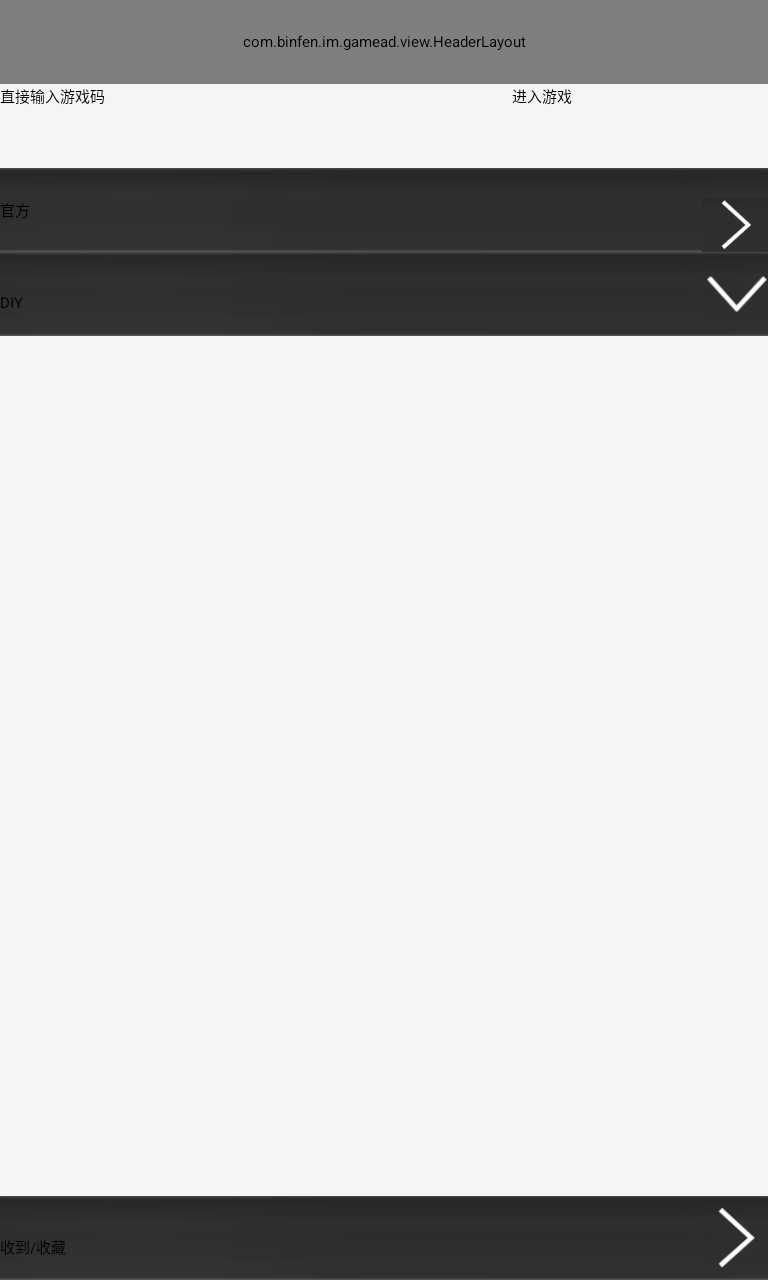
Repository: hosle/gad2
Layout: gamead_IM2/res/layout/xxh_gamelayout2.xml
An editor plug-in stored every save of this project. The layout is shown before and after the next save, followed by the edit.
Pictures or frames that could not be fetched are drawn as grey boxes. It is drawn on a 768 x 1280 px phone screen (xhdpi) without system bars, with theme AppTheme; the app's code is not run. Lists and similar views that code fills are empty. The app's manifest (not shown) leaves right-to-left support off. So textAlignment, textDirection and layoutDirection are ignored, and left and right values win over start and end ones.

Above is the layout before, as saved 2015-06-26 07:07:24.

### gamead_IM2/res/layout/xxh_gamelayout2.xml
<?xml version="1.0" encoding="utf-8"?>
<RelativeLayout xmlns:android="http://schemas.android.com/apk/res/android"
    android:layout_width="match_parent"
    android:layout_height="match_parent"
    android:background="@color/base_bg"
    >

    <include
        android:id="@+id/common_actionbar"
        layout="@layout/include_action_bar"
        android:layout_width="match_parent"
        android:layout_height="42dp"
        android:layout_alignParentTop="true" />

    <LinearLayout
        android:id="@+id/bar3"
        android:layout_width="match_parent"
        android:layout_height="wrap_content"
        android:layout_below="@+id/common_actionbar"
        android:orientation="vertical" >
         <LinearLayout
            android:orientation="horizontal"
            android:layout_width="match_parent"
            android:layout_height="42dp">
            <EditText android:id="@+id/edt_gamecode"
                android:layout_height="match_parent"
                android:layout_width="0dp"
                android:layout_weight="2"
                android:hint="@string/hintgamecode"/>
            <Button android:id="@+id/btn_gamecode"
                android:layout_height="match_parent"
                android:layout_width="0dp"
                android:layout_weight="1"
                android:text="@string/btngamecode"
                />

        </LinearLayout>

        <RelativeLayout
            android:layout_width="match_parent"
            android:layout_height="42dp"
            android:background="@drawable/xxh_game_dir" >
            <TextView
                android:id="@+id/official_game"
                android:layout_width="wrap_content"
                android:layout_height="wrap_content"
                android:layout_alignParentLeft="true"
                android:layout_alignParentStart="true"
                android:layout_centerVertical="true"
                android:text="官方"
                android:textAppearance="?android:attr/textAppearanceLarge" />

            <ImageButton
                android:id="@+id/xxh_imagebnt1"
                android:layout_width="wrap_content"
                android:layout_height="wrap_content"
                android:layout_alignParentRight="true"
                android:layout_alignParentEnd="true"

                android:layout_alignTop="@+id/official_game"
                android:background="@drawable/xxh_game_bkimgbnt"
                android:src="@drawable/xxh_game_ar" />

        </RelativeLayout>

        <RelativeLayout
            android:layout_width="match_parent"
            android:layout_height="42dp"
            android:gravity="center_vertical"
            android:background="@drawable/xxh_game_dir" >

            <TextView
                android:id="@+id/receive_game"
                android:layout_width="wrap_content"
                android:layout_height="wrap_content"
                android:layout_alignParentLeft="true"
                android:layout_alignParentStart="true"
                android:layout_centerVertical="true"
                android:text="DIY"
                android:textAppearance="?android:attr/textAppearanceLarge" />

            <ImageButton
                android:id="@+id/xxh_imagebnt2"
                android:layout_width="wrap_content"
                android:layout_height="wrap_content"
                android:layout_alignParentRight="true"
                android:layout_alignParentEnd="true"
                android:layout_alignRight="@+id/receive_game"
                android:background="@drawable/xxh_game_bkimgbnt"
                android:src="@drawable/xxh_game_ad" />

        </RelativeLayout>


    </LinearLayout>

   <!--  <com.binfen.im.gamead.view.ClearEditText
        android:id="@+id/et_msg_search"
        android:layout_width="fill_parent"
        android:layout_height="@dimen/base_action_bar_height"
        android:layout_margin="10dp"
        android:background="@drawable/base_edit_input"
        android:drawableLeft="@drawable/icon_msg_search"
        android:drawablePadding="10dp"
        android:hint="@string/message_search_hint"
        android:paddingLeft="10dp"
        android:paddingRight="10dp"
        android:singleLine="true"
        android:visibility="gone" /> -->

   <!--  <GridView
        android:id="@+id/gridgame"
        android:layout_width="match_parent"
        android:layout_height="286dp"
        android:layout_weight="0.50"
        android:columnWidth="90dp"
        android:gravity="center"
        android:horizontalSpacing="5dp"
        android:numColumns="auto_fit"
        android:stretchMode="columnWidth"
        android:verticalSpacing="5dp" >
    </GridView> -->

    <LinearLayout
        android:layout_width="match_parent"
        android:layout_height="wrap_content"
        android:layout_below=""
        android:layout_alignParentBottom="true"
        android:orientation="vertical" >
         <ListView
        android:id="@+id/listgame"
        android:layout_width="match_parent"
        android:layout_height="300dp"

        ></ListView>

        <RelativeLayout
            android:layout_width="match_parent"
            android:layout_height="42dp"
            android:gravity="center_vertical"
            android:background="@drawable/xxh_game_dir" >

            <TextView
                android:id="@+id/save_game"
                android:layout_width="wrap_content"
                android:layout_height="wrap_content"
                android:layout_alignParentLeft="true"
                android:layout_centerVertical="true"
                android:text="收到/收藏"
                android:textAppearance="?android:attr/textAppearanceLarge" />

            <ImageButton
                android:id="@+id/xxh_imagebnt3"
                android:layout_width="wrap_content"
                android:layout_height="wrap_content"
                android:layout_alignParentRight="true"
                android:layout_alignParentTop="true"
                android:layout_alignRight="@+id/save_game"
                android:background="@drawable/xxh_game_bkimgbnt"
                android:src="@drawable/xxh_game_ar" />
        </RelativeLayout>
    </LinearLayout>

</RelativeLayout>

### gamead_IM2/res/values/colors.xml
<?xml version="1.0" encoding="utf-8"?>
<resources>

    <color name="base_actionbar_bg">#f5f5f5</color>
    <color name="base_action_bar_title_color">#2f2725</color>
    <color name="base_tab_indicator_text_color">#f82c22</color>
    <color name="base_menu_left_bg">#393c44</color>
    <color name="pull_refresh_textview">#000000</color>
    <color name="base_color_text_black">#3e3e39</color>
    <color name="base_color_text_gray">#9fa0a0</color>
    <color name="base_color_text_white">#ffffff</color>
    <color name="home_item_color_bg">#f4f6f6</color>
    <color name="base_bg">#f4f6f6</color>
    <!-- zxing -->
    <color name="color_half_transparent">#b0000000</color>
    <color name="color_transparent_bg">#80000000</color>
    <color name="color_transparent_bg1">#e0000000</color>
    <!-- emot -->
    <color name="msg_emote_divider">#ffa1a1a1</color>
    <color name="color_bottom_bg">#272a2e</color>
    <color name="color_bottom_text_normal">#9da0a4</color>
    <color name="color_bottom_text_press">#4f9ef6</color>
    <color name="text_gray">#969696</color>
    <color name="transparent">#00000000</color>
    <color name="msg_chat_bg">#eceff4</color>

    <color name="theme_bg_color">#f0f2f5</color>
    <color name="color_theme">#489cfa</color>
    <color name="c_f98800">#ed4e23</color>

    <color name="dialog_color_title">#f82c22</color>
    <color name="guide_color">#898989</color>

    <color name="common_bg">#fcfcfc</color>

</resources>

### gamead_IM2/res/layout/include_action_bar.xml
<?xml version="1.0" encoding="utf-8"?>
<com.binfen.im.gamead.view.HeaderLayout
    xmlns:android="http://schemas.android.com/apk/res/android"
    android:layout_width="match_parent"
    android:layout_height="@dimen/base_action_bar_height" >

</com.binfen.im.gamead.view.HeaderLayout>

### gamead_IM2/res/values/strings.xml
<?xml version="1.0" encoding="utf-8"?>
<resources>

    <string name="app_name">缤分</string>
    <string name="action_settings">Settings</string>
    <string name="hello_world">Hello world!</string>
    <string name="login_username_hint">请输入用户名&#8230;</string>
    <string name="login_password_hint">请输入密码&#8230;</string>
    <string name="login_email_hint">请在此输入密码&#8230;</string>
    <string name="login">登录</string>
    <string name="register">注册</string>
    <string name="register_txt1">还没有账号？</string>
    <string name="register_txt2">立即注册 ></string>
    <string name="login_account">账号 </string>
    <string name="login_pwd">密码 </string>
    <string name="login_email">确认密码 </string>
    <string name="message_search_hint">搜索&#8230;</string>
    <string name="main_tab_recent">会话</string>
    <string name="main_tab_contact">联系人</string>
    <string name="mian_tab_set">设置</string>
    <string name="main_tab_game">游戏</string>
    <string name="xlistview_header_hint_normal">下拉刷新</string>
    <string name="xlistview_header_hint_ready">松开刷新数据</string>
    <string name="xlistview_header_hint_loading">正在加载&#8230;</string>
    <string name="xlistview_header_last_time">上次更新时间：</string>
    <string name="xlistview_footer_hint_normal">查看更多</string>
    <string name="xlistview_footer_hint_ready">松开载入更多</string>
    <string name="add_avator">头像</string>
    <string name="add_nick">昵称</string>
    <string name="add_name">账号</string>
    <string name="add_name_hint">请输入昵称&#8230;</string>
    <string name="add_gender">性别</string>
    <string name="set_notify">接收新消息通知</string>
    <string name="set_myinfo">个人资料</string>
    <string name="set_blacklist">黑名单</string>
    <string name="set_voice">声音</string>
    <string name="set_vibrate">震动</string>
    <string name="tips">提示</string>
    <string name="logout">退出登陆</string>
    <string name="pop_photo">拍照</string>
    <string name="pop_choose">从手机相册选中</string>
    <string name="network_tips">当前网络不可用,请检查您的网络!</string>
    <string name="toast_error_password_null">密码不能为空</string>
    <string name="toast_error_username_null">用户名不能为空</string>
    <string name="toast_error_comfirm_password">输入的两次密码不一致</string>
    <string name="blacklist">黑名单</string>
    <string name="chat">发起会话</string>
    <string name="add_friend">添加好友</string>
    <string name="send_state">已读</string>
    <string name="longclick_speak">长按说话</string>
    <string name="picture">照片</string>
    <string name="camera">拍摄</string>
    <string name="location">位置</string>
    <string name="xxh_game">游戏</string>
    <string name="black_tips">已添加至黑名单，你将不再收到对方的消息!</string>
    <string name="username">用户名</string>
    <string name="search">搜索</string>
    <string name="new_friends">新朋友</string>
    <string name="near_people">附近的人</string>
    <string name="voice_up_tips">手指上滑,取消发送</string>
    <string name="voice_cancel_tips">松开手指，取消发送</string>
    <string name="voice_seconds_tips">还可以说%1$s秒</string>
    <string name="voice_short_tips">录音时间太短</string>
    <string name="show_notice">\t\t\t\t\t自V1.0.6版本开始，应用源码中将不再公开ApplicationId,开发者请自行到官网申请。\n\t\t\t\t\t申请成功之后在应用程序启动页(SplashActivity)进行初始化操作!</string>
    <string name="title_activity_select_game_to_send">SelectGameToSendActivity</string>
    <string name="title_activity_maintest">MainActivity</string>
    <string name="title_activity_select_game_to_send2">SelectGameToSend2Activity</string>

    <string name="hintgamecode">直接输入游戏码</string>
    <string name="btngamecode">进入游戏</string>

</resources>

### gamead_IM2/res/values/dimens.xml
<resources>

    <!-- Default screen margins, per the Android Design guidelines. -->
    <dimen name="activity_horizontal_margin">16dp</dimen>
    <dimen name="activity_vertical_margin">16dp</dimen>
    <dimen name="text_size_small">14sp</dimen>
    <dimen name="text_size_medium">16sp</dimen>
    <dimen name="text_size_large">18sp</dimen>
    <dimen name="base_action_bar_height">48.0dip</dimen>
    <dimen name="base_action_bar_title_size">22.0sp</dimen>
    <dimen name="register_margin">10.0dp</dimen>
    <dimen name="base_scrollview_top_height">50.0dip</dimen>
    <dimen name="tab_padding_top_bottom">15dp</dimen>
    <dimen name="tab_padding_left_right">40dp</dimen>
    <dimen name="tab_height">48dp</dimen>
    <dimen name="base_line_width_1">1dip</dimen>
    <dimen name="base_line_width_2">2dip</dimen>
    <dimen name="base_line_width">0.5dip</dimen>

    <dimen name="time_line_line_left_margin">24dip</dimen>
    <dimen name="time_line_line_width">2.0dip</dimen>
    <dimen name="time_line_content_left_margin">52.0dip</dimen>
    <dimen name="time_line_content_right_margin">7.0dip</dimen>

    <dimen name="score_item_height">100.0dip</dimen>
     <dimen name="message_top_height">70.0dip</dimen>

     <dimen name="margin_chat_top">5.0dip</dimen>
</resources>

After the next save:
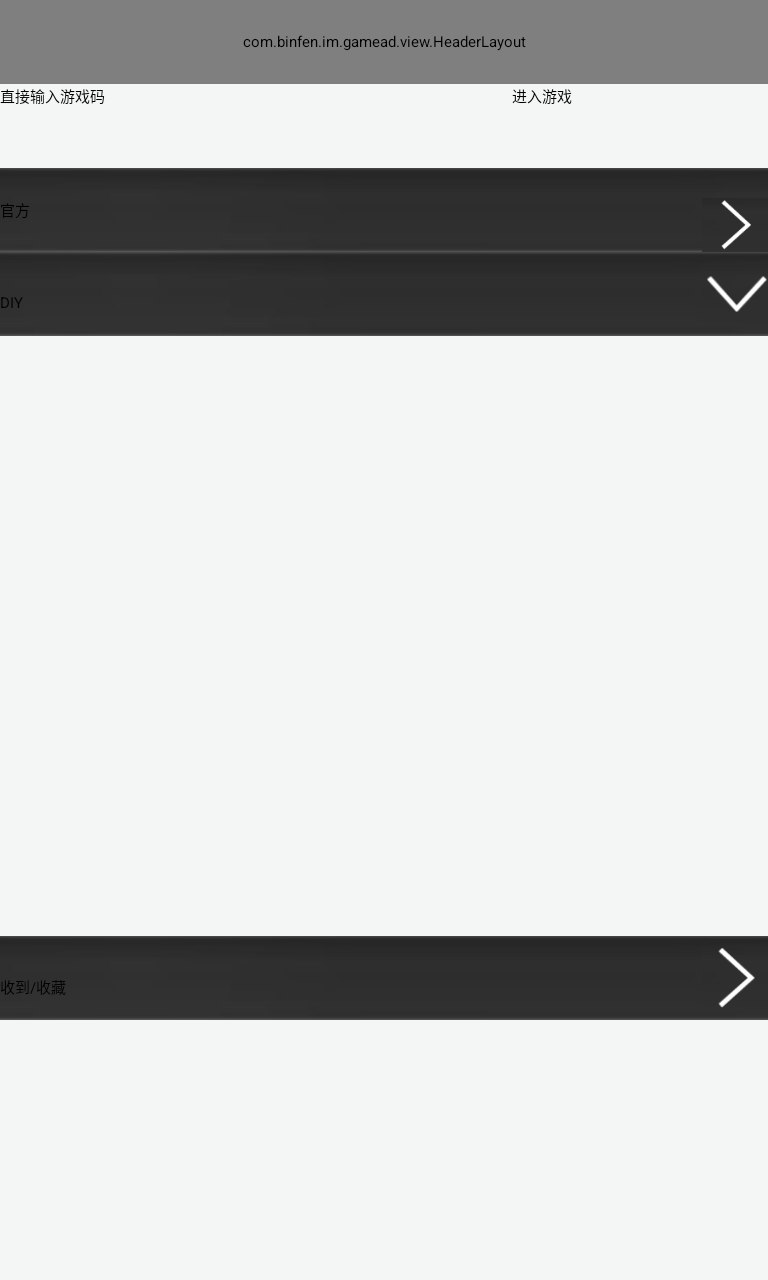
Saved 12 s later.
--- a/gamead_IM2/res/layout/xxh_gamelayout2.xml
+++ b/gamead_IM2/res/layout/xxh_gamelayout2.xml
@@ -124,7 +124,7 @@
     <LinearLayout
         android:layout_width="match_parent"
         android:layout_height="wrap_content"
-        android:layout_below=""
+        android:layout_below="@+id/bar3"
         android:layout_alignParentBottom="true"
         android:orientation="vertical" >
          <ListView
